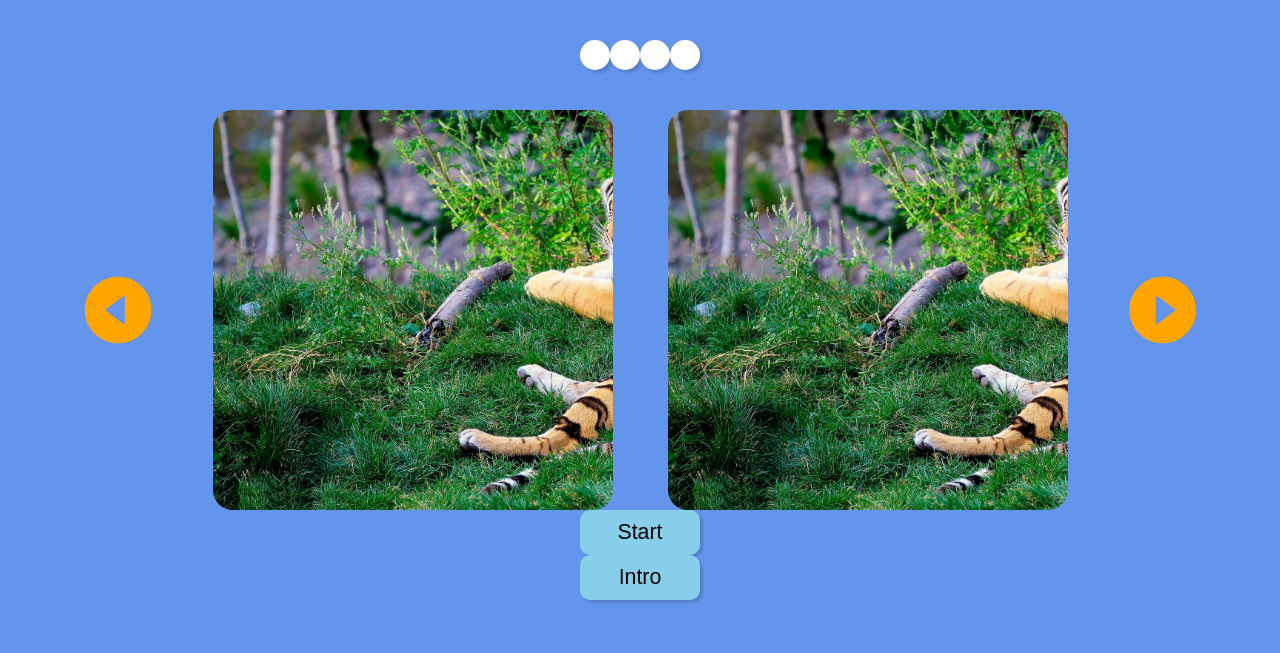
Repository: sylviaah/dynamicmidterm
Page: slider/slider.html
An editor plug-in stored every save of this project. The page is shown before and after the next save, followed by the edit.
The browser window is 1280 px wide. The pictures show the whole page.

Above is the page before, as saved 2020-03-13 13:01:02.

After the next save:
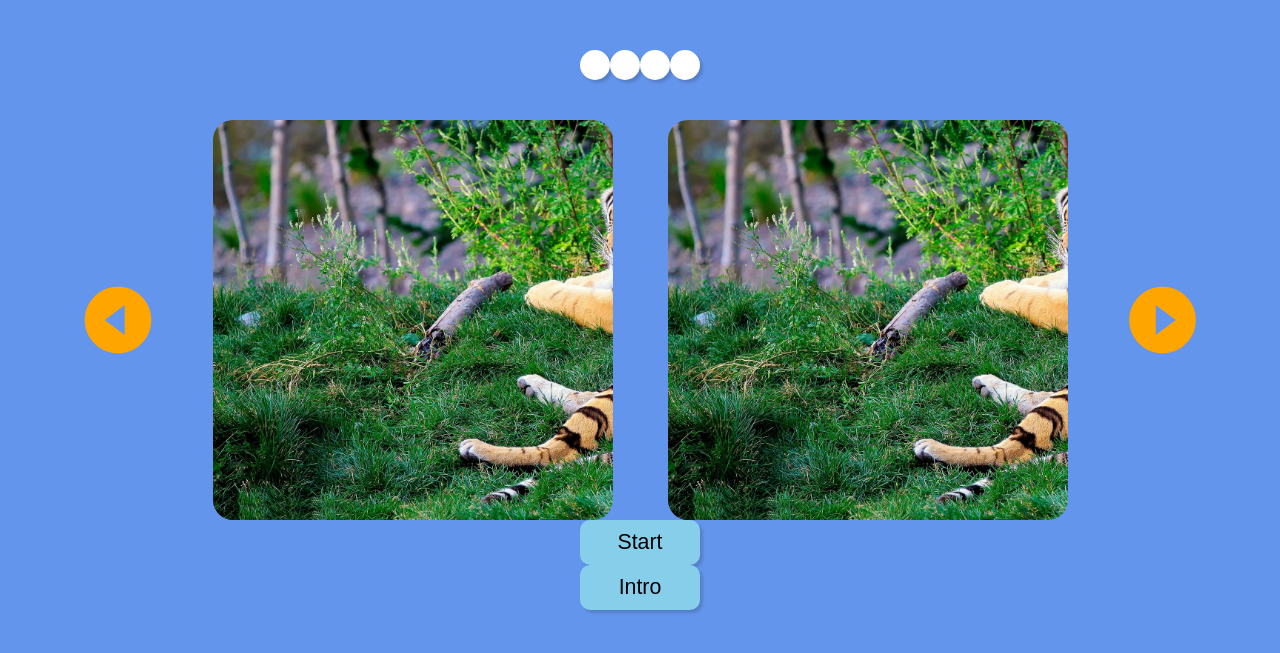
Saved 38 s later.
--- a/slider/slider.css
+++ b/slider/slider.css
@@ -4,7 +4,7 @@ body,html {
 }
 
 .slider{
-    padding: 0px 50px;
+    padding: 50px;
     display: flex;
     flex-direction: column;
     align-items: center;
@@ -12,7 +12,7 @@ body,html {
 
 .slider_progress{
     display: flex;
-    margin: 40px;
+    margin-bottom: 40px;
 }
 
 .slider_progress div{
